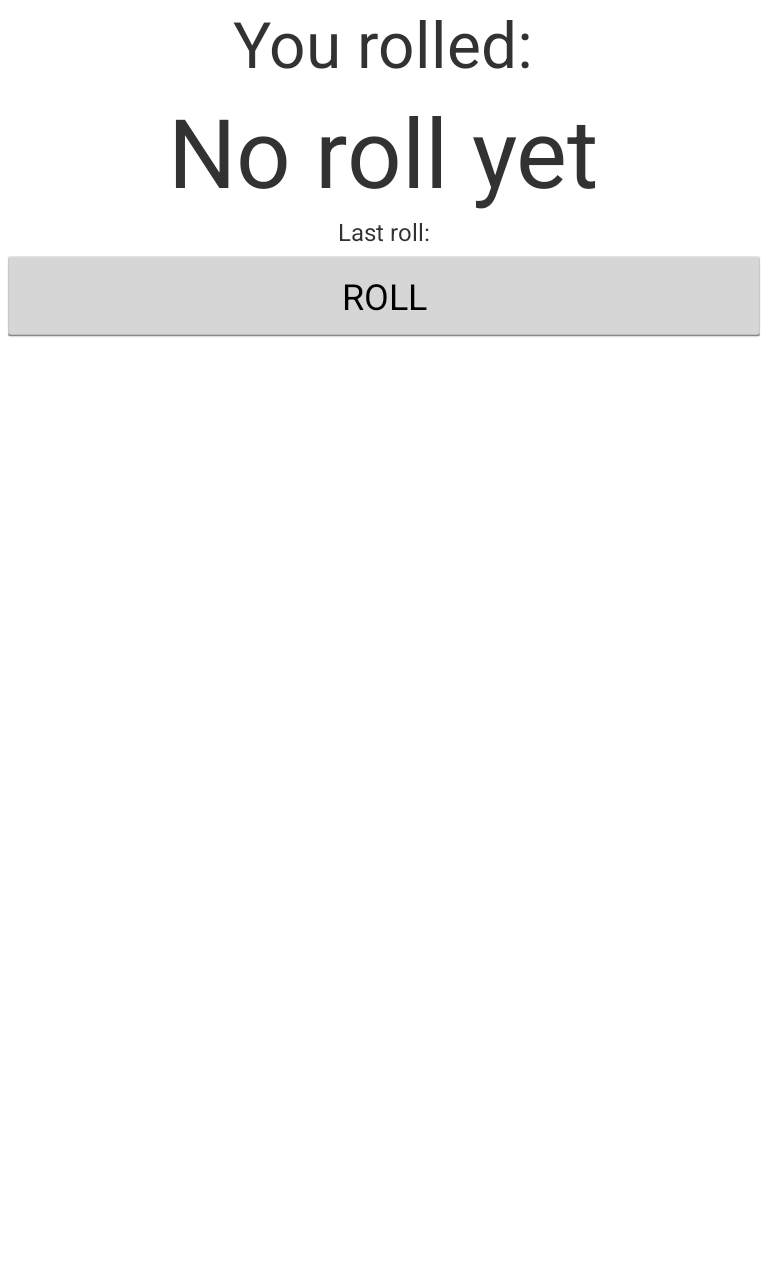
Repository: Bjodol/Roller
Layout: Roller/res/layout/dice_thrower.xml
These files come from the project's save history. The layout is drawn as it stood at one moment and after the next save; the edit follows.
It is drawn on a 768 x 1280 px phone screen (xhdpi) without system bars, with theme AppTheme; the app's code is not run. The app's manifest (not shown) leaves right-to-left support off. So textAlignment, textDirection and layoutDirection are ignored, and left and right values win over start and end ones.

Above is the layout before, as saved 2013-08-29 10:26:22.

### Roller/res/layout/dice_thrower.xml
<?xml version="1.0" encoding="utf-8"?>
<LinearLayout xmlns:android="http://schemas.android.com/apk/res/android"
    android:layout_width="match_parent"
    android:layout_height="match_parent"
    android:orientation="vertical" >

    <TextView
        android:layout_width="wrap_content"
        android:layout_height="wrap_content"
        android:layout_gravity="center_horizontal"
        android:text="@string/youRolled"
        android:textAlignment="center"
        android:textSize="32sp"
        />

    <TextView
        android:id="@+id/dice_throw"
        android:layout_width="wrap_content"
        android:layout_height="wrap_content"
        android:layout_gravity="center_horizontal"
        android:text="@string/noRolls"
        android:textAlignment="center"
        android:textSize="48sp"
        />

   	<TextView
        android:layout_width="wrap_content"
        android:layout_height="wrap_content"
        android:layout_gravity="center_horizontal"
        android:text="@string/lastRoll"
        android:textAlignment="center"
        android:textSize="12sp"
        />

    <Button
        android:layout_width="fill_parent"
        android:layout_height="wrap_content"
        android:layout_gravity="center_horizontal"
        android:text="@string/roll" />

</LinearLayout>

### Roller/res/values/strings.xml
<?xml version="1.0" encoding="utf-8"?>
<resources>

    <string name="app_name">Roller</string>
    <string name="action_settings">Settings</string>
    <string name="d20">D20</string>
    <string name="d12">D12</string>
    <string name="d10">D10</string>
    <string name="d8">D8</string>
    <string name="d6">D6</string>
    <string name="d4">D4</string>
    <string name="roll">ROLL</string>
    <string name="youRolled">You rolled:</string>
    <string name="noRolls">No roll yet</string>
    <string name="lastRoll">Last roll:</string>

</resources>

Loaded but not shown: Roller/res/values/styles.xml (common file); Roller/res/values-v11/styles.xml (common file); Roller/res/values-v14/styles.xml (common file)

After the next save:
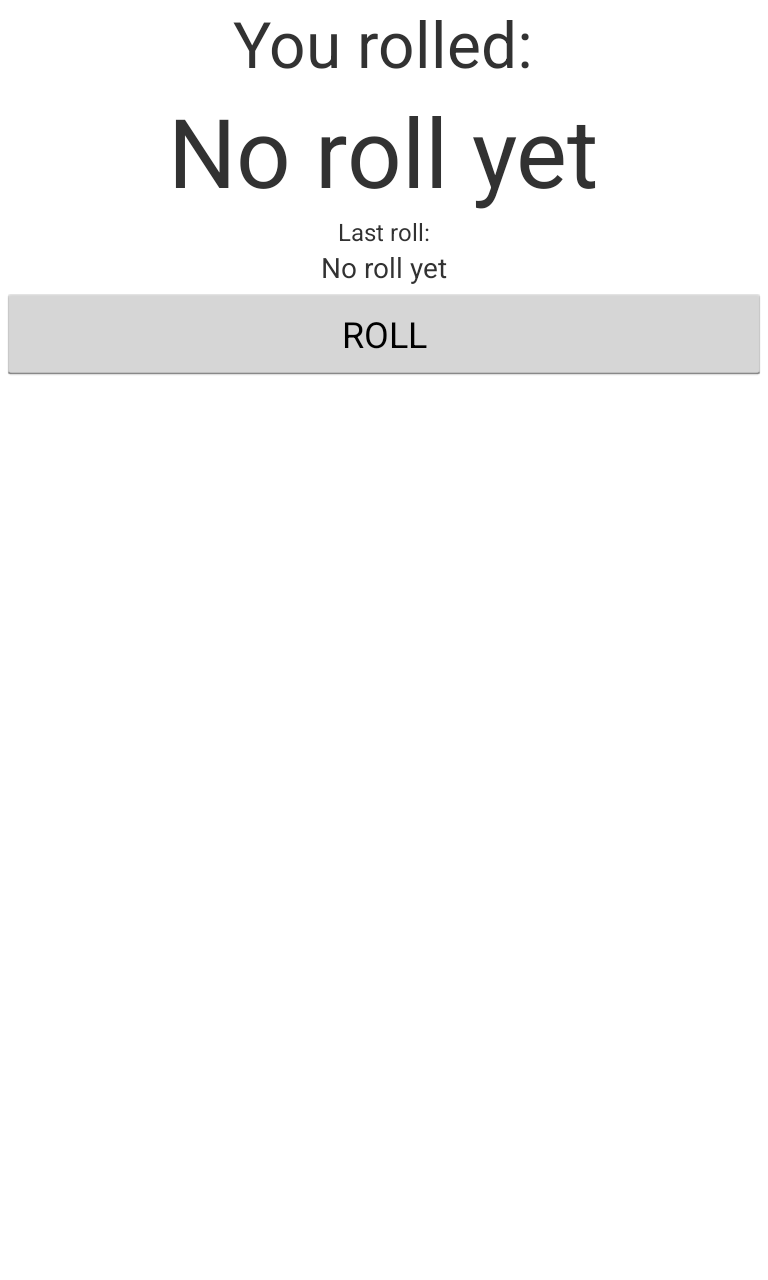
Saved 43 s later.
--- a/Roller/res/layout/dice_thrower.xml
+++ b/Roller/res/layout/dice_thrower.xml
@@ -32,6 +32,15 @@
         android:textSize="12sp"
         />
 
+ 	<TextView
+        android:layout_width="wrap_content"
+        android:layout_height="wrap_content"
+        android:layout_gravity="center_horizontal"
+        android:text="@string/noRolls"
+        android:textAlignment="center"
+        android:textSize="14sp"
+        />
+
     <Button
         android:layout_width="fill_parent"
         android:layout_height="wrap_content"
